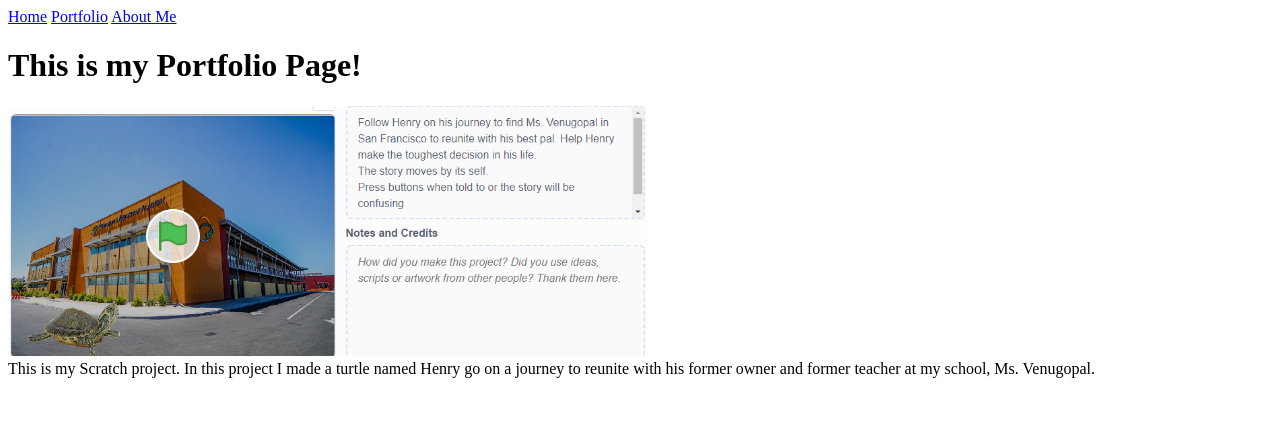
Repository: JReed698/jreed698.github.io
Page: my_website/portfolio.html
The author's editor kept a record of every edit. The page is drawn from the files as they stood at one moment, then again after the next edit.
The browser window is 1280 px wide. The pictures show the whole page.

Above is the page before.

After the next edit:
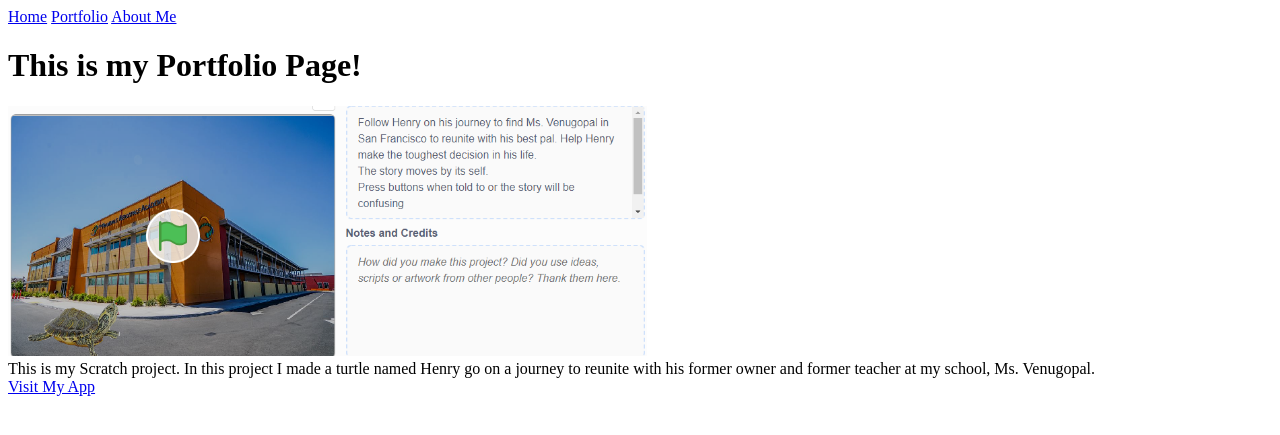
The edit:
--- a/my_website/portfolio.html
+++ b/my_website/portfolio.html
@@ -13,5 +13,6 @@
     <br> This is my Scratch project. In this project I made a turtle named Henry go on a journey to reunite with his former owner and former teacher at my school, Ms. Venugopal.<br>
     <a target="_blank" href="https://scratch.mit.edu"
     </a>
+    <a href="ai2.appinventor.mit.edu/?galleryId=4918640463446016">Visit My App</a>
 	  </body>
 	</html>
